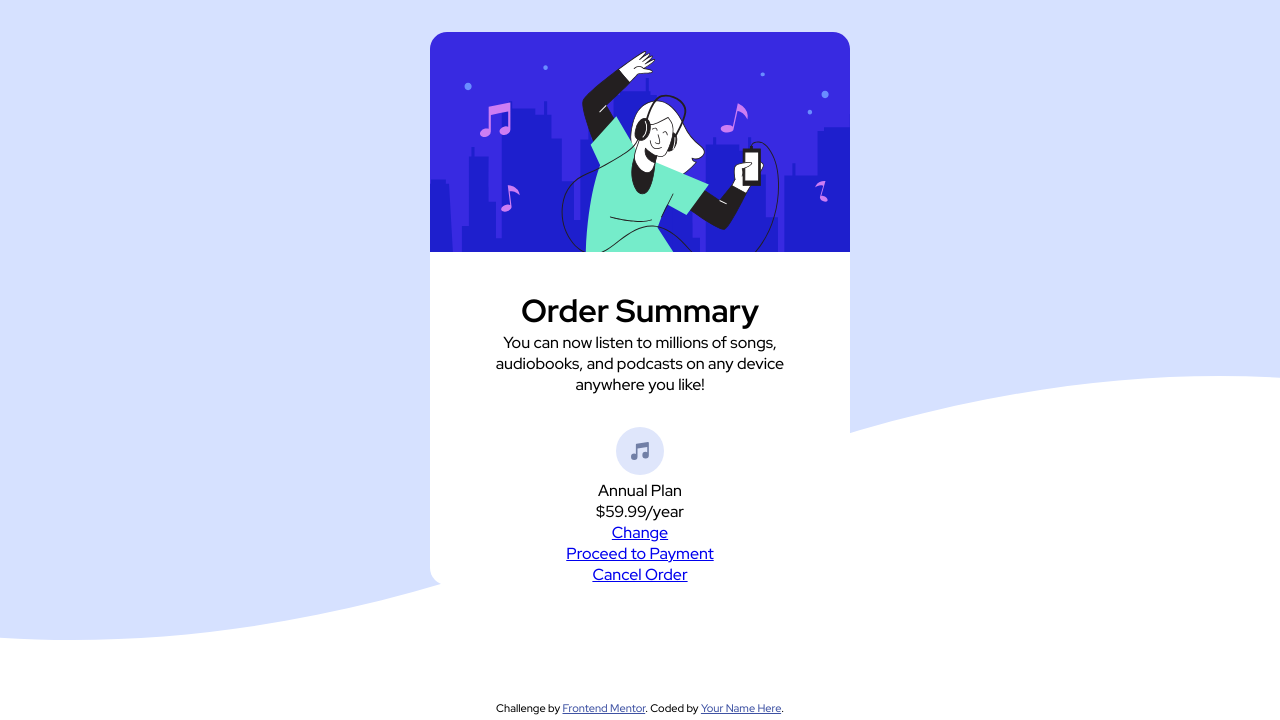
Repository: DejV44/order-summary-frontend
Page: index.html
These files come from the project's save history. The page is drawn as it stood at one moment and after the next save; the edit follows.
The browser window is 1280 px wide. The pictures show the whole page.
The style sheet was rebuilt from its Sass, Less or Tailwind sources for each picture, by a compiler version that may differ from the author's.

Above is the page before, as saved 2021-08-12 21:06:22.

After the next save:
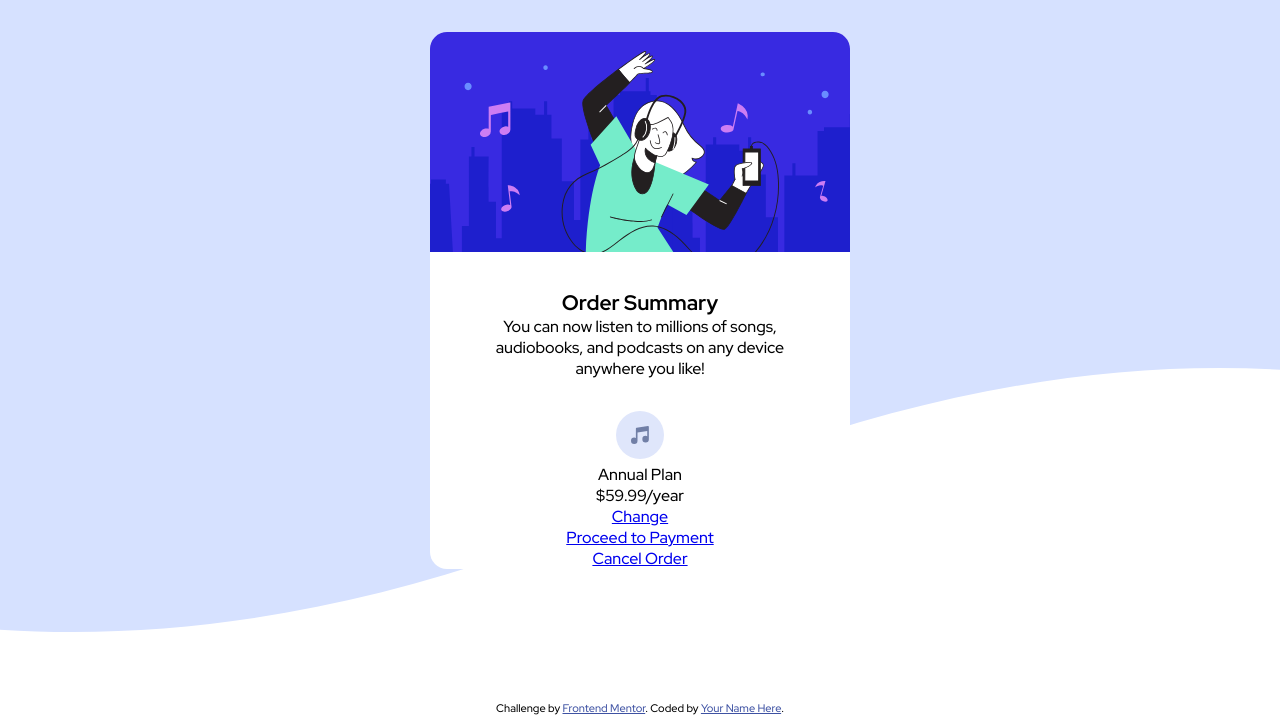
Saved 76 s later.
--- a/css/_mixins.scss
+++ b/css/_mixins.scss
@@ -44,4 +44,7 @@
 @mixin content {
     padding: 2rem;
 
+    h1 {
+        font-size: 21px;
+    }
 }
